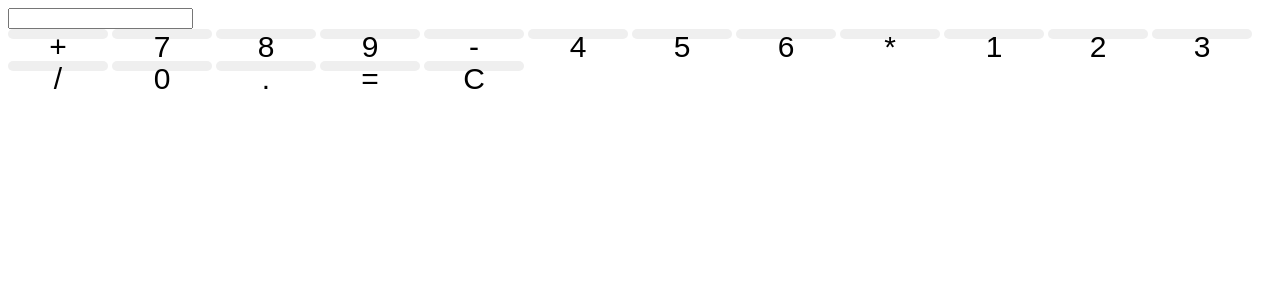
Repository: Haakim19/JavaScript
Page: Calculater/Main.html
These files come from the project's save history. The page is drawn as it stood at one moment and after the next save; the edit follows.
The browser window is 1280 px wide. The pictures show the whole page.

Above is the page before, as saved 2024-10-22 21:39:15.

After the next save:
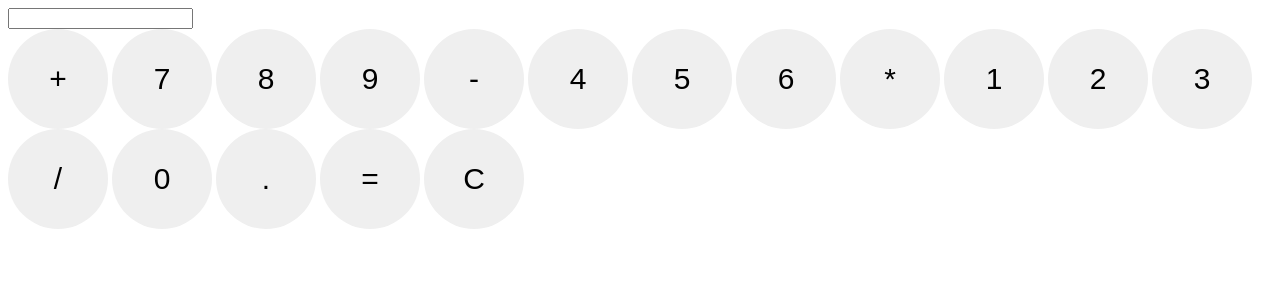
Saved 5 s later.
--- a/Calculater/Main.css
+++ b/Calculater/Main.css
@@ -1,6 +1,6 @@
 button{
     width: 100px;
-    height: 10px;
+    height: 100px;
     border-radius: 50px;
     border: none;
     font-size: 30px;
